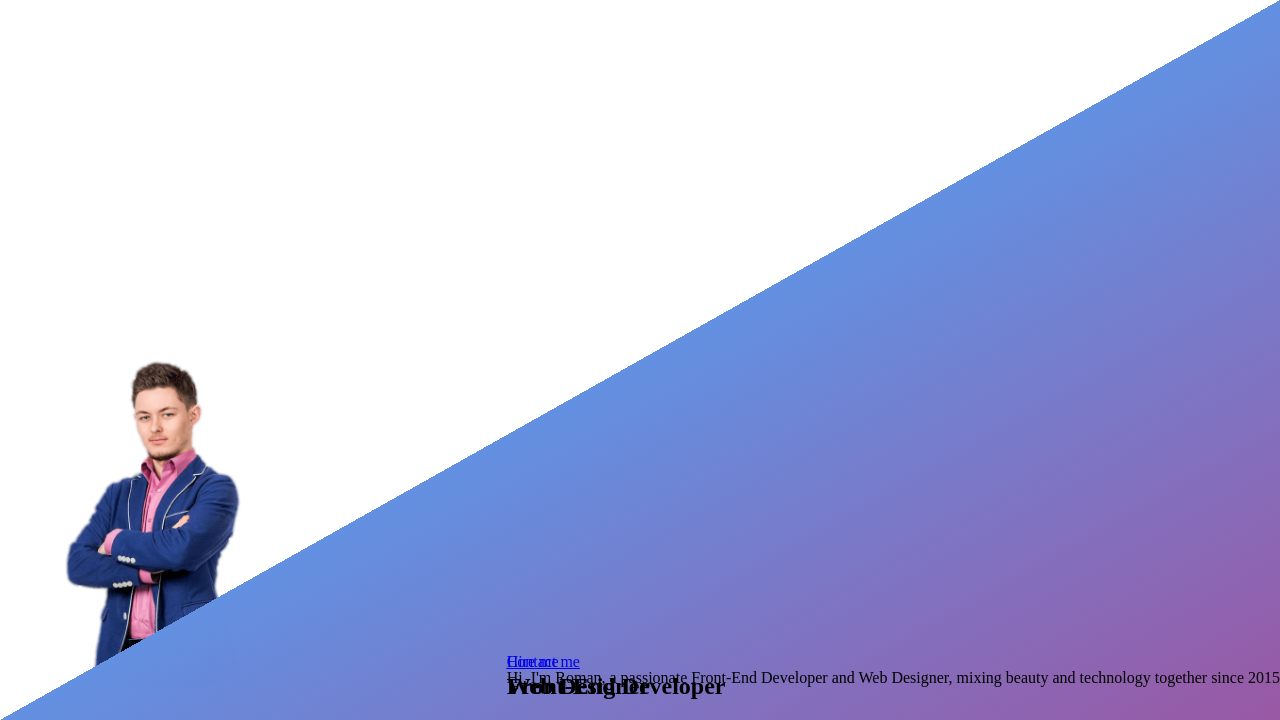
Repository: RShalman/rshalman.github.io
Page: index.html
The author's editor kept a copy of each file at every save. The page is drawn from the files as they stood at one save, then again after the next save.
The browser window is 1280 px wide. The pictures show the whole page.

Above is the page before, as saved 2018-10-18 17:51:37.

After the next save:
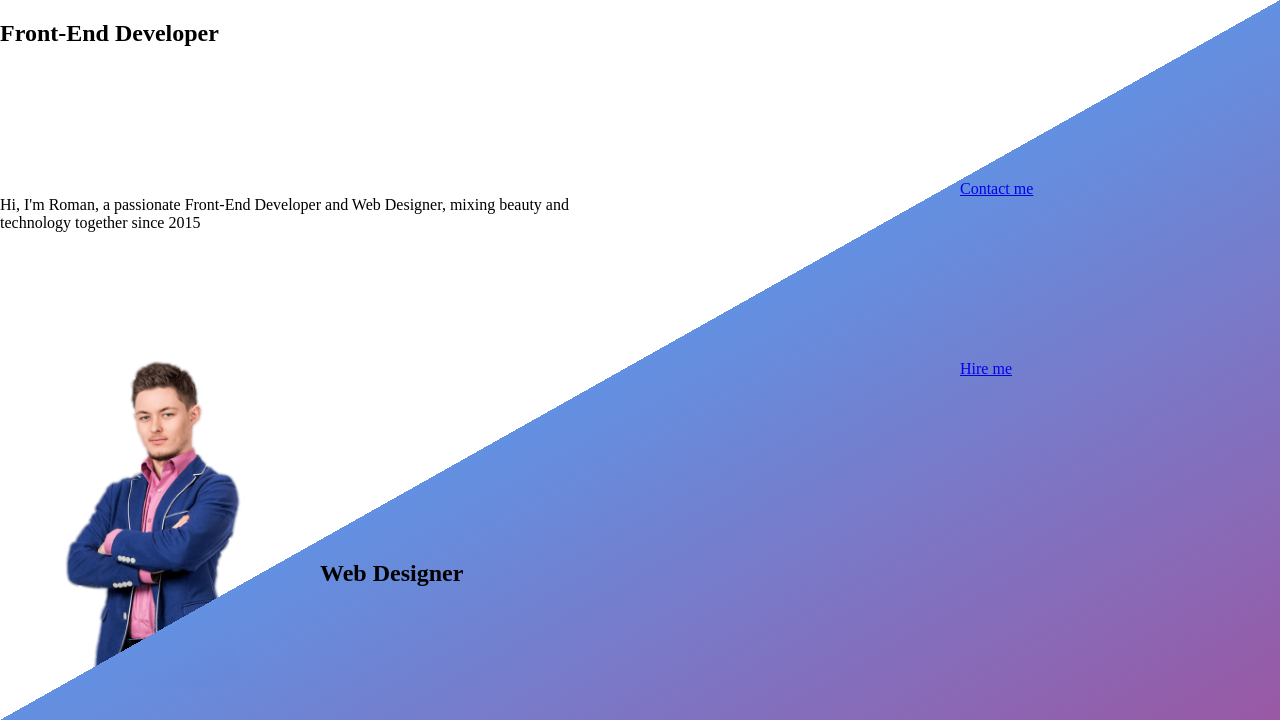
Saved 3 min 35 s later.
--- a/css/main.css
+++ b/css/main.css
@@ -22,6 +22,11 @@ section {
     display: grid;
     grid-template-columns: repeat(4, 1fr);
     grid-template-rows: repeat(4, 1fr);
+    grid-template-areas:
+      "title title title ."
+      "description description . intro-contact"
+      ". . . intro-hire"
+      ". second-prof second-prof second-prof";
 }
 
 #title {
